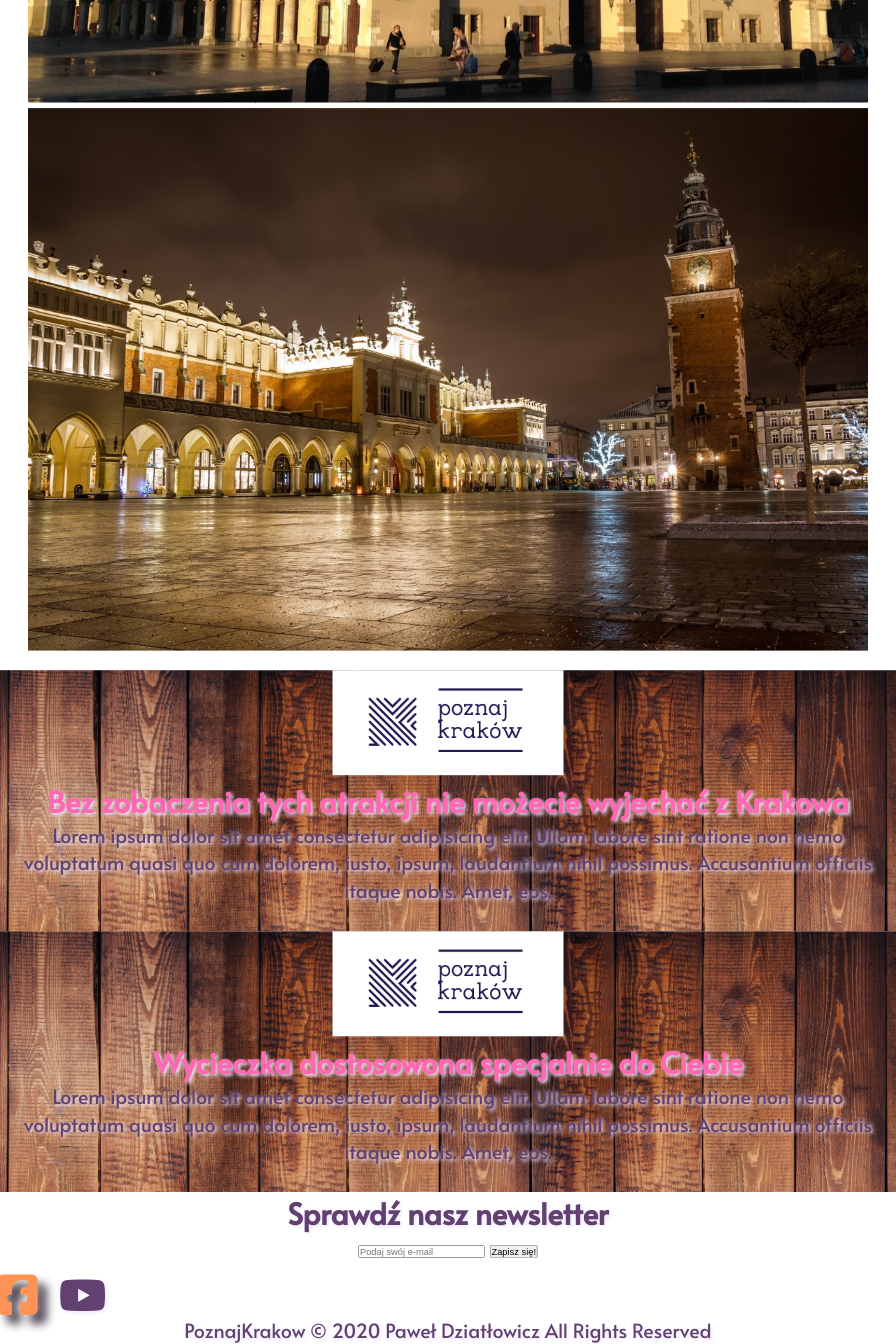
Repository: DZIALEK/projekt1
Page: projekt1.html
An editor plug-in stored every save of this project. The page is shown before and after the next save, followed by the edit.
The browser window is 1280 px wide. The pictures show the part of the page from y = 2828 to 4748 px (the page is 4748 px tall), at 70% of full size.
The pointer rests on the first visible `.social-media i`.
Some icons come from a web library that is not loaded, so they are not drawn. A picture or video elsewhere on the page could not be fetched, so the positions and the page height are approximate. Some web libraries are served in a nearby version.

Above is the page before, as saved 2020-07-15 00:49:49.

After the next save:
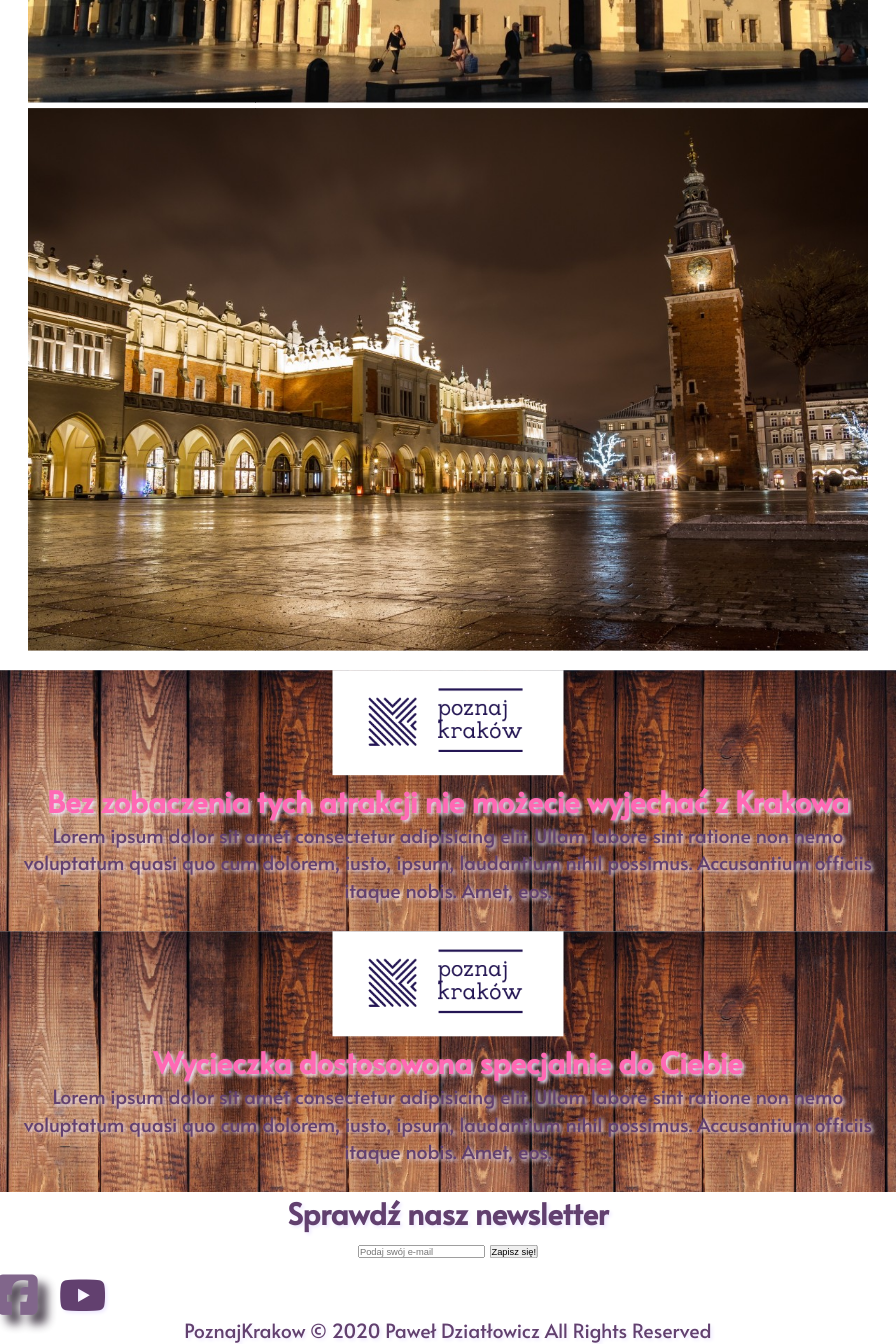
Saved 23 s later.
--- a/projekt1.css
+++ b/projekt1.css
@@ -180,7 +180,7 @@ nav a:hover {
 }
 
 .social-media i:hover {
-    color: #ff792b;
+    /* color: #ff792b; */
     opacity: 0.8;
     text-shadow: #271B2B 0.2em 0.2em 0.2em;
     transform: scale(1.1,1.1);
